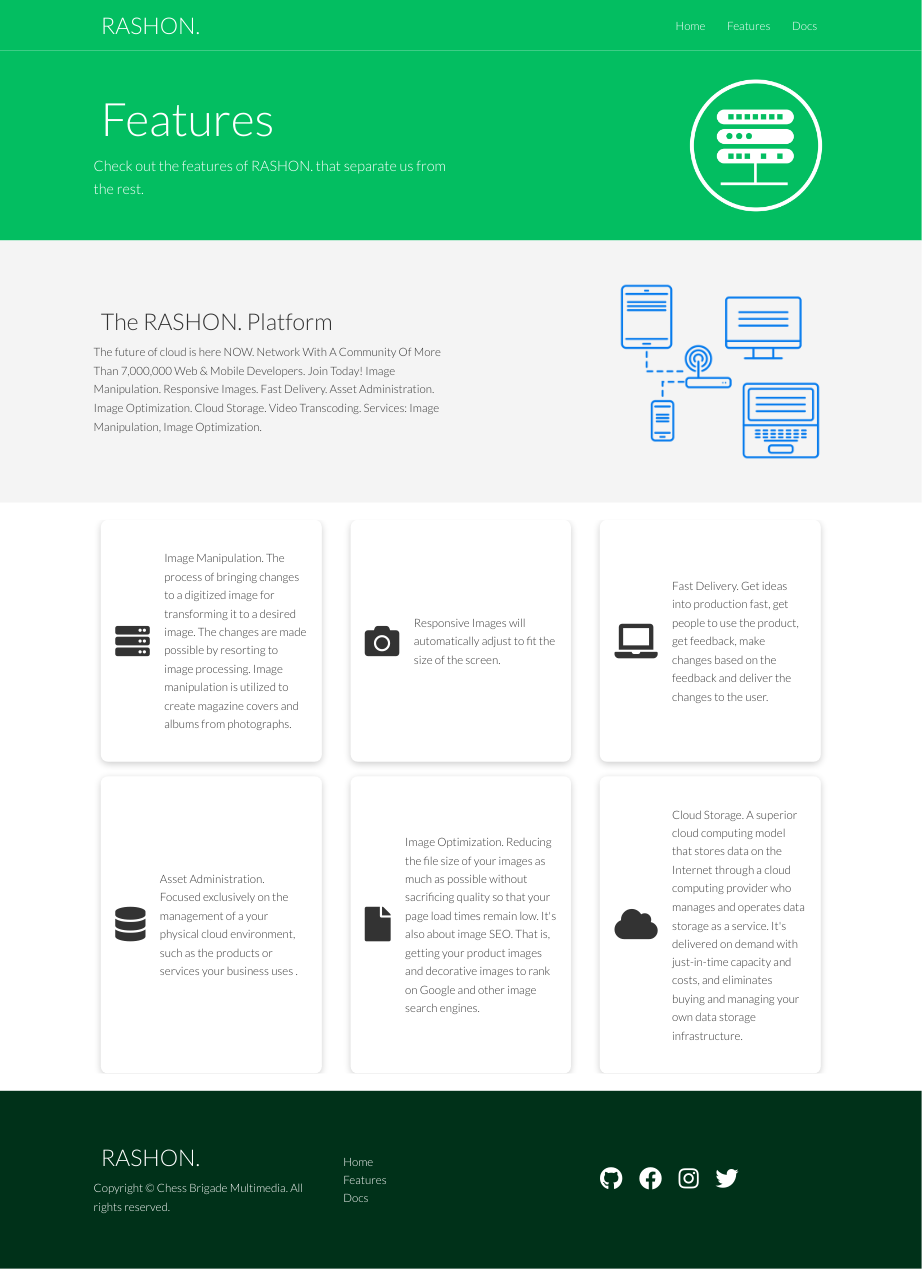
Repository: Skilis/website-modern
Page: features.html
These files come from the project's save history. The page is drawn as it stood at one moment and after the next save; the edit follows.
The browser window is 1280 px wide. The pictures show the whole page, at 72% of full size.

Above is the page before, as saved 2020-10-23 17:41:30.

### features.html
<!DOCTYPE html>
<html lang="en">

<head>
  <meta charset="UTF-8">
  <meta name="viewport" content="width=device-width, initial-scale=1.0">
  <link rel="stylesheet" href="https://cdnjs.cloudflare.com/ajax/libs/font-awesome/5.15.1/css/all.min.css"
    integrity="sha512-+4zCK9k+qNFUR5X+cKL9EIR+ZOhtIloNl9GIKS57V1MyNsYpYcUrUeQc9vNfzsWfV28IaLL3i96P9sdNyeRssA=="
    crossorigin="anonymous" />
  <link rel="stylesheet" href="css/utilities.css">
  <link rel="stylesheet" href="css/style.css">

  <title>Rashon | Cloud Hosting For The SuperPhly</title>
</head>

<body>
  <!-- Navbar-->
  <div class="navbar">
    <div class="container flex">
      <h1 class="logo">RASHON.</h1>
      <nav>
        <ul>
          <li><a href="index.html">Home</a></li>
          <li><a href="features.html">Features</a></li>
          <li><a href="docs.html">Docs</a></li>
        </ul>
      </nav>
    </div>

  </div>

  <!-- Head -->
  <section class="features-head bg-primary py-3">
    <div class="container grid">
      <div>
        <h1 class="xl">Features</h1>
        <p class="lead">Check out the features of RASHON. that separate us from the rest.</p>
      </div>
      <img src="images/server.png" alt="">
    </div>
  </section>

  <!--Sub head -->

  <section class="features-sub-head bg-light py-3">
    <div class="container grid">
      <div>
        <h1 class="md">The RASHON. Platform</h1>
        <p class="">The future of cloud is here NOW. Network With A Community Of More Than 7,000,000 Web & Mobile
          Developers. Join Today! Image Manipulation. Responsive Images. Fast Delivery. Asset Administration. Image
          Optimization. Cloud Storage. Video Transcoding. Services: Image Manipulation, Image Optimization.</p>
      </div>
      <img src="images/server2.png" alt="">
    </div>

  </section>

  <section class="features-main my-2">
    <div class="container grid grid-3">
      <div class="card flex"><i class="fas fa-server fa-3x"></i>
        <p>Image Manipulation. The process of bringing changes to a digitized image for transforming it to a desired
          image. The changes are made possible by resorting to image processing. Image manipulation is utilized to
          create magazine covers and albums from photographs.</p>
      </div>
      <div class="card flex"><i class="fas fa-camera fa-3x"></i>
        <p>Responsive Images will automatically adjust to fit the size of the screen.</p>
      </div>
      <div class="card flex"><i class="fas fa-laptop fa-3x"></i>
        <p>Fast Delivery. Get ideas into production fast, get people to use the product, get feedback, make changes
          based on the feedback and deliver the changes to the user. </p>
      </div>
      <div class="card flex"><i class="fas fa-database fa-3x"></i>
        <p>Asset Administration. Focused exclusively on the management of a your physical cloud environment, such as the
          products or services your business uses .</p>
      </div>
      <div class="card flex"><i class="fas fa-file fa-3x"></i>
        <p>Image
          Optimization. Reducing the file size of your images as much as possible without sacrificing quality so that
          your page load times remain low. It's also about image SEO. That is, getting your product images and
          decorative images to rank on Google and other image search engines. </p>
      </div>
      <div class="card flex"><i class="fas fa-cloud fa-3x"></i>
        <p>Cloud Storage. A superior cloud computing model that stores data on the Internet through a cloud computing
          provider who manages and operates data storage as a service. It's delivered on demand with just-in-time
          capacity and costs, and eliminates buying and managing your own data storage infrastructure. </p>
      </div>
    </div>
  </section>

  <!-- Footer -->

  <footer class="footer bg-dark py-5">
    <div class="container grid grid-3">
      <div>
        <h1>RASHON.</h1>
        <p>Copyright &copy; Chess Brigade Multimedia. All rights reserved.</p>
      </div>
      <nav>
        <ul>
          <li><a href="index.html">Home</a></li>
          <li><a href="features.html">Features</a></li>
          <li><a href="docs.html">Docs</a></li>
        </ul>
      </nav>
      <div class="social">
        <a href="https://skilis.github.io/CBMM-Development/"><i class="fab fa-github fa-2x"></i></a>
        <a href="https://www.facebook.com/ChessChessBrigadeInc/"><i class="fab fa-facebook fa-2x"></i></a>
        <a href="https://www.instagram.com/skilis_creates/"><i class="fab fa-instagram fa-2x"></i></a>
        <a href="https://twitter.com/skilisthedon"><i class="fab fa-twitter fa-2x"></i></a>
      </div>
    </div>
  </footer>


</body>

</html>

### css/utilities.css
.container {
  max-width: 1100px;
  margin: 0 auto;
  overflow: auto;
  padding: 0 40px;
}

.card {
  background-color: #fff;
  color: #333;
  border-radius: 10px;
  box-shadow: 0 3px 10px rgba(0, 0, 0, 0.2);
  padding: 20px;
  margin: 10px;
}

.btn {
  display: inline-block;
  padding: 10px 30px;
  cursor: pointer;
  background: var(--primary-color);
  color: #fff;
  border: none;
  border-radius: 5px;
}

.btn-outline {
  background-color: transparent;
  border: 1px #fff solid;
}

.btn:hover {
  transform: scale(.98);
}

/* Backgrounds & Colored Buttons */

.bg-primary,
.btn-primary {
  background-color: var(--primary-color);
  color: #fff;
}

.bg-secondary,
.btn-secondary {
  background-color: var(--secondary-color);
  color: #fff;
}

.bg-dark,
.btn-dark {
  background-color: var(--dark-color);
  color: #fff;
}

.bg-primary a,
.btn-primary a,
.bg-secondary a,
.btn-secondary a,
.bg-dark a,
.btn-dark a {
  color: #fff;
}

.bg-light,
.btn-light {
  background-color: var(--light-color);
  color: #333;
}

/* Text Sizes */

.lead {
  font-size: 20px;
}

.sm {
  font-size: 1rem;
}

.md {
  font-size: 2rem;
}

.lg {
  font-size: 3rem;
}

.xl {
  font-size: 4rem;
}

.text-center {
  text-align: center;
}

.flex {
  display: flex;
  justify-content: center;
  align-items: center;
  height: 100%;
}

.grid {
  display: grid;
  grid-template-columns: repeat(2, 1fr);
  gap: 20px;
  justify-content: center;
  align-items: center;
  height: 100%;
}

.grid-3 {
  grid-template-columns: repeat(3, 1fr);
}

/* Margin */

.my-1 {
  margin: 1rem;
}

.my-2 {
  margin: 1.5rem 0;
}

.my-3 {
  margin: 2rem 0;
}

.my-4 {
  margin: 3rem 0;
}

.my-5 {
  margin: 4rem 0;
}

.m-1 {
  margin: 1rem;
}

.m-2 {
  margin: 1.5rem;
}

.m-3 {
  margin: 2rem;
}

.m-4 {
  margin: 3rem;
}

.m-5 {
  margin: 4rem;
}

/* Padding */

.py-1 {
  padding: 1rem;
}

.py-2 {
  padding: 1.5rem 0;
}

.py-3 {
  padding: 2rem 0;
}

.py-4 {
  padding: 3rem 0;
}

.py-5 {
  padding: 4rem 0;
}

.p-1 {
  padding: 1rem;
}

.p-2 {
  padding: 1.5rem;
}

.p-3 {
  padding: 2rem;
}

.p-4 {
  padding: 3rem;
}

.p-5 {
  padding: 4rem;
}

### css/style.css
@import url('https://fonts.googleapis.com/css2?family=Lato:wght@300&display=swap');

:root {
  --primary-color: #03be61;
  --secondary-color: #026e38;
  --dark-color: #003119;
  --light-color: #f4f4f4;
}

* {
  box-sizing: border-box;
  padding: 0;
  margin: 0;
}

body {
  font-family: 'Lato', sans-serif;
  color: #333;
  line-height: 1.6;
}

ul {
  list-style-type: none;
}

a {
  text-decoration: none;
  color: #333;
}

h1,
h2 {
  font-weight: 300;
  line-height: 1.2;
  margin: 10px;
}

p {
  margin: 10px 0;
}

img {
  width: 100%;
}

/* Navrbar*/

.navbar {
  background-color: var(--primary-color);
  color: #fff;
  height: 70px;
}

.navbar ul {
  display: flex;
}

.navbar a {
  color: #fff;
  padding: 10px;
  margin: 0 5px;
}

.navbar a:hover {
  border-bottom: 2px white solid;
}

.navbar .flex {
  justify-content: space-between;
}

/* Showcase*/

.showcase {
  height: 400px;
  background-color: var(--primary-color);
  color: white;
  position: relative;
}

.showcase h1 {
  font-size: 40px;
}

.showcase p {
  margin: 20px 0;
}

.showcase .grid {
  overflow: visible;
  grid-template-columns: 55% 45%;
  gap: 30px;
}

.showcase-form {
  position: relative;
  top: 60px;
  height: 350px;
  width: 400px;
  padding: 40px;
  z-index: 100;
}

.showcase-form .form-control {
  margin: 30px 0;
}

.showcase-form input[type='text'],
.showcase-form input[type='email'] {
  border: 0;
  border-bottom: 1px solid #b4becb;
  width: 100%;
  padding: 3px;
  font-size: 16px;
}

.showcase-form input:focus {
  outline: none;
}

.showcase::before,
.showcase::after {
  content: '';
  position: absolute;
  height: 100px;
  bottom: -70px;
  right: 0;
  left: 0;
  background: white;
  transform: skewY(-3deg);
  -webkit-transform: skewY(-3deg);
  -moz-transform: skewY(-3deg);
  -ms-transform: skewY(-3deg);
}

/* Stats */

.stats {
  padding-top: 100px;
}

.stats-heading {
  max-width: 500px;
  margin: auto;
}

.stats .grid h3 {
  font-size: 35px;
}

.stats .grid p {
  font-size: 20px;
  font-weight: bold;
}

/* Cli */

.cli .grid {
  grid-template-columns: repeat(3, 1fr);
  grid-template-rows: repeat(2, 1fr);
}

.cli .grid>*:first-child {
  grid-column: 1 / span 2;
  grid-row: 1 / span 2;
}

/* Cloud */

.cloud .grid {
  grid-template-columns: 4fr 3fr;
}

/* Languages */

.languages .flex {
  flex-wrap: wrap;
}

.languages .card {
  text-align: center;
  margin: 18px 10px 40px;
  transition: transform 0.2s ease-in;
}

.languages .card h4 {
  font-size: 20px;
  margin-bottom: 10px;
}

.languages .card:hover {
  transform: translateY(-15px);
}

/* Features */

.features-head img {
  width: 200px;
  justify-self: flex-end;
}

.features-sub-head img {
  width: 300px;
  justify-self: flex-end;
}

.features-main .card>i {
  margin-right: 20px;
}

.features-main .grid {}

/* Footer */

.footer .social a {
  margin: 0 10px;
}

/* Tablets and under*/

@media(max-width: 768px) {

  .grid,
  .showcase .grid,
  .stats .grid,
  .cli .grid,
  .cloud .grid {
    grid-template-columns: 1fr;
    grid-template-rows: 1fr;
  }

  .showcase {
    height: auto;
  }

  .showcase-text {
    text-align: center;
    margin-top: 40px;
  }

  .showcase-form {
    justify-self: center;
    margin: auto;
  }

  .cli .grid>*:first-child {
    grid-column: 1;
    grid-row: 1;
  }

}

/* Mobile*/

@media(max-width: 500px) {
  .navbar {
    height: 110px;
  }

  .navbar .flex {
    flex-direction: column;
  }

  .navbar ul {
    padding: 10px;
    background-color: rgba(0, 0, 0, 0.1);
  }
}

After the next save:
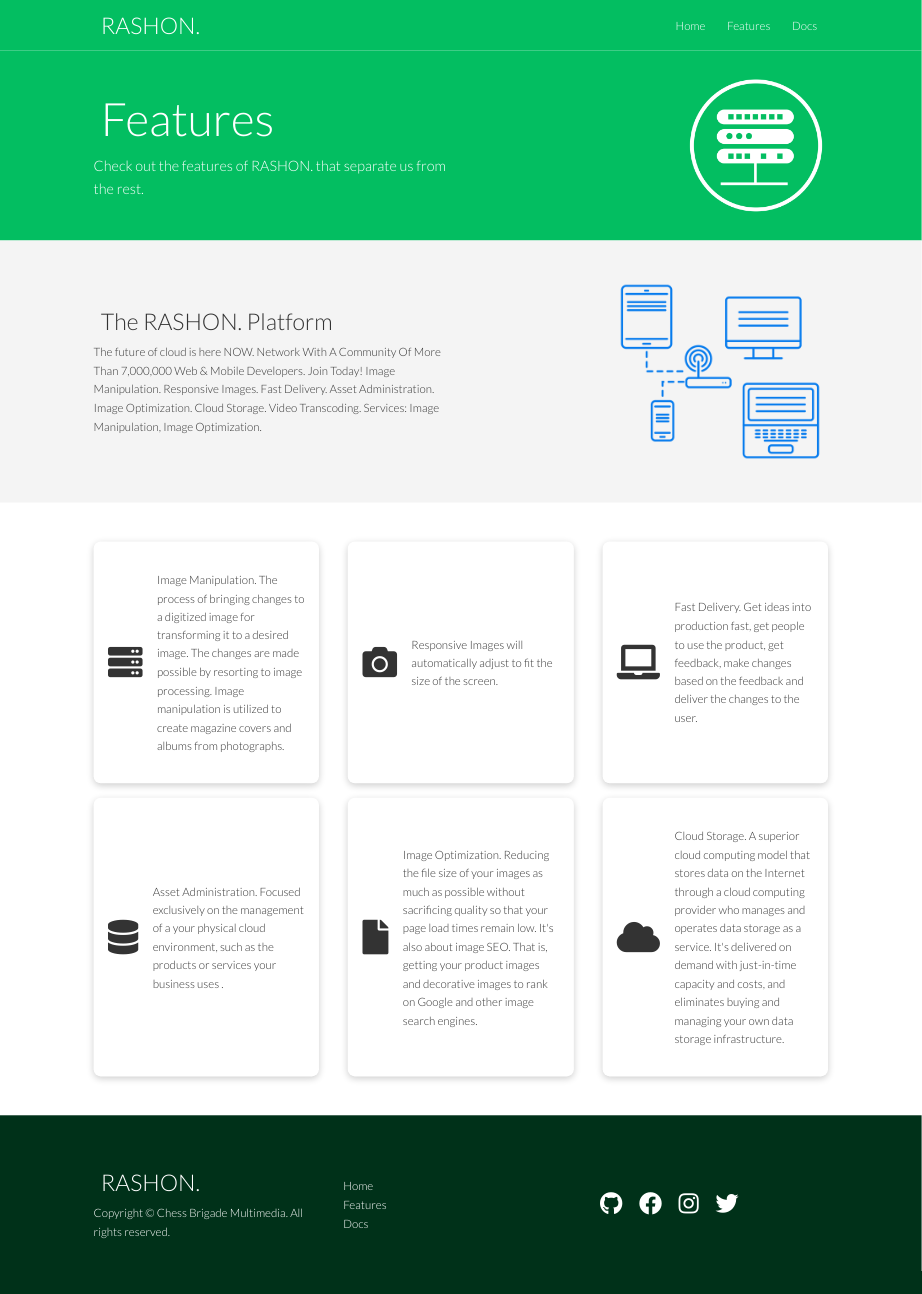
Saved 34 s later.
--- a/css/style.css
+++ b/css/style.css
@@ -208,7 +208,9 @@ img {
   margin-right: 20px;
 }
 
-.features-main .grid {}
+.features-main .grid {
+  padding: 30px;
+}
 
 /* Footer */
 
